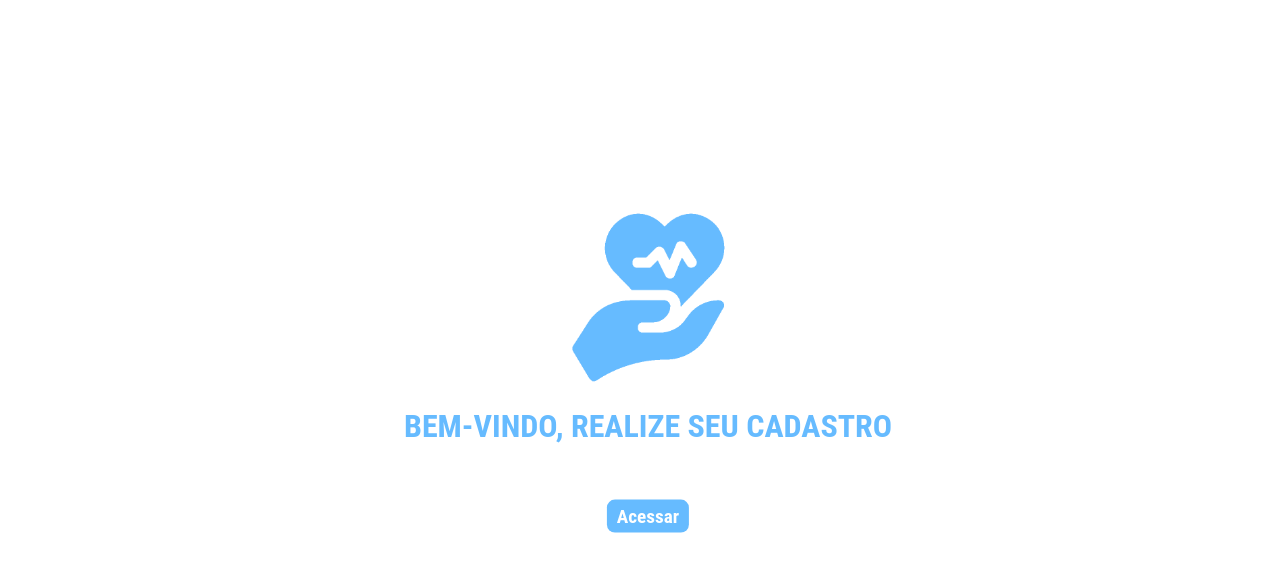
Repository: ohenriquesouza/HospitalCRUD-using-JavaEE
Page: JSP_test/src/main/webapp/index.html
These files come from the project's save history. The page is drawn as it stood at one moment and after the next save; the edit follows.
The browser window is 1280 px wide. The pictures show the whole page.
Some web fonts or font styles are not loaded; a fallback is used.

Above is the page before, as saved 2022-12-28 12:32:04.

### JSP_test/src/main/webapp/index.html
<!DOCTYPE html>
<html lang="pt-br">
<head>
    <meta charset="UTF-8">
    <meta http-equiv="X-UA-Compatible" content="IE=edge">
    <meta name="viewport" content="width=device-width, initial-scale=1.0">
    <title>Document</title>
    <link rel="icon" href="imgs/usericon.png">
    <link rel="stylesheet" href="style.css">
</head>
    <body>
    	<center><img width="173px" src="imgs/saudeicon.png"></center>
      	<h1>BEM-VINDO, REALIZE SEU CADASTRO</h1>
      	<br><br>
      	<center><a href="main" class="botao1">Acessar</a></center>
    </body>
</html>

### JSP_test/src/main/webapp/style.css
@charset "utf-8";
@import url('https://fonts.googleapis.com/css2?family=Roboto+Condensed:wght@300&display=swap');
body{
    position: absolute;
    top: 50%;
    left: 50%;
    transform: translate(-50%, -50%);
	font-size: 1em;
	font-weight: 400;
	font-family: 'Roboto Condensed', sans-serif;
}
h1{
	color: #66bbff;
}
.botao1{
	text-decoration: none;
	background-color: #66bbff;
	padding: 5px 10px 5px 10px;
	color: #fff;
	font-size: 1.2em;
	font-weight: 700;
	border-radius: 8px;
	cursor: pointer;
}
.botao2{
	text-decoration: none;
	background-color: #DB4437;
	padding: 5px 10px 5px 10px;
	color: #fff;
	font-size: 1.2em;
	font-weight: 700;
	border-radius: 8px;
	cursor: pointer;
}
 .box{
                position: absolute;
                top: 50%;
                left: 50%;
                transform: translate(-50%, -50%);
                padding: 15px;
                border-radius: 10px;
}
#tabela{
	margin-top: 30px;
	border-collapse: collapse;
}
#tabela th{
	border: 1px solid #ddd;
	padding: 10px;
	text-align: left;
	background-color: #66bbff;
	color:#fff;
}
#tabela td{
	border: 1px solid #ddd;
	padding: 10px;
}

After the next save:
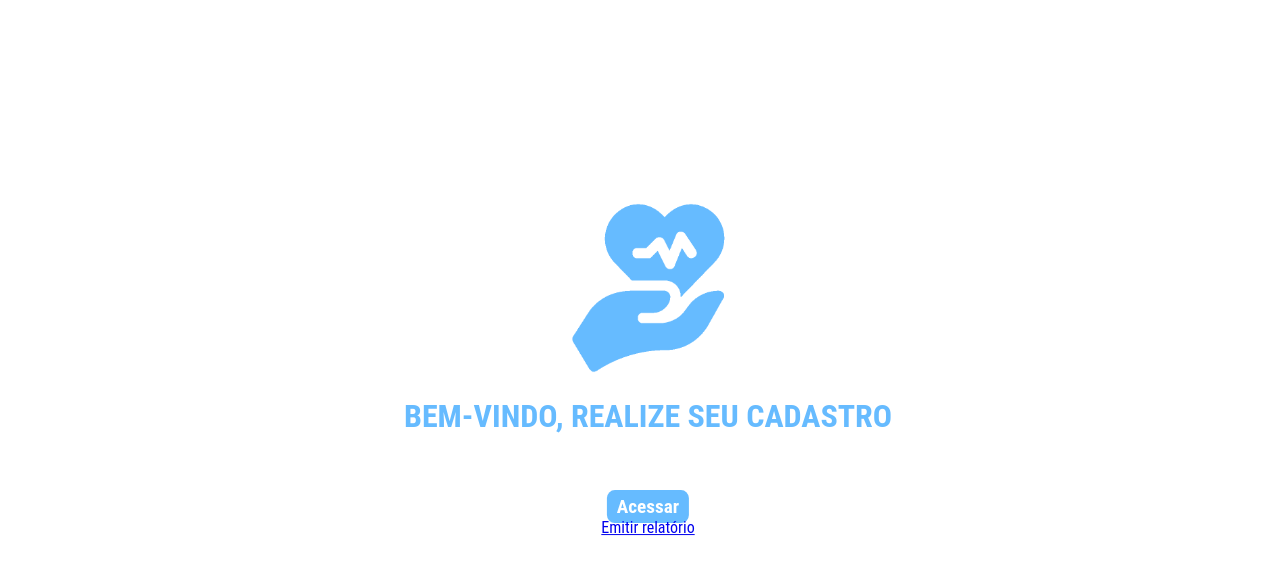
Saved 95 min 24 s later.
--- a/JSP_test/src/main/webapp/index.html
+++ b/JSP_test/src/main/webapp/index.html
@@ -13,5 +13,6 @@
       	<h1>BEM-VINDO, REALIZE SEU CADASTRO</h1>
       	<br><br>
       	<center><a href="main" class="botao1">Acessar</a></center>
+      	<center><a href="relatorio" class="botao3">Emitir relatório</a></center>
     </body>
 </html>
